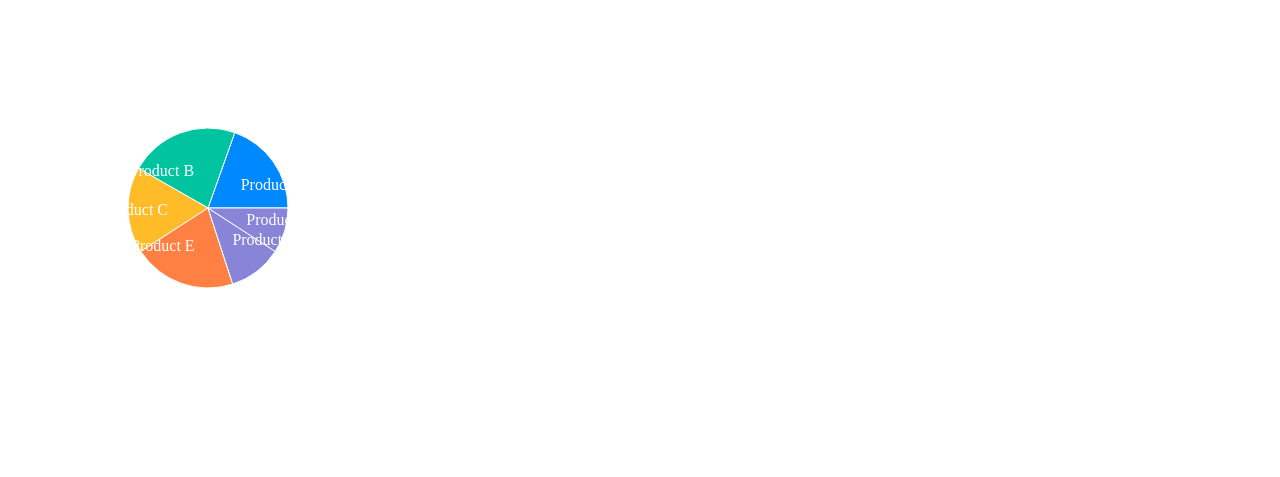
Repository: sagarjain738/test
Page: /
The author's editor kept a copy of each file at every save. The page is drawn from the files as they stood at one save, then again after the next save.
The browser window is 1280 px wide. The pictures show the whole page.
The project was rebuilt for these pictures with package versions that can differ from the ones it lists, and the page was loaded fresh each time. Also part of the build but not shown: vite.config.js, src/App.css, src/components/FirstChart.jsx, src/components/SecondData.jsx, src/index.css.

Above is the page before, as saved 2024-01-20 19:34:37.

After the next save:
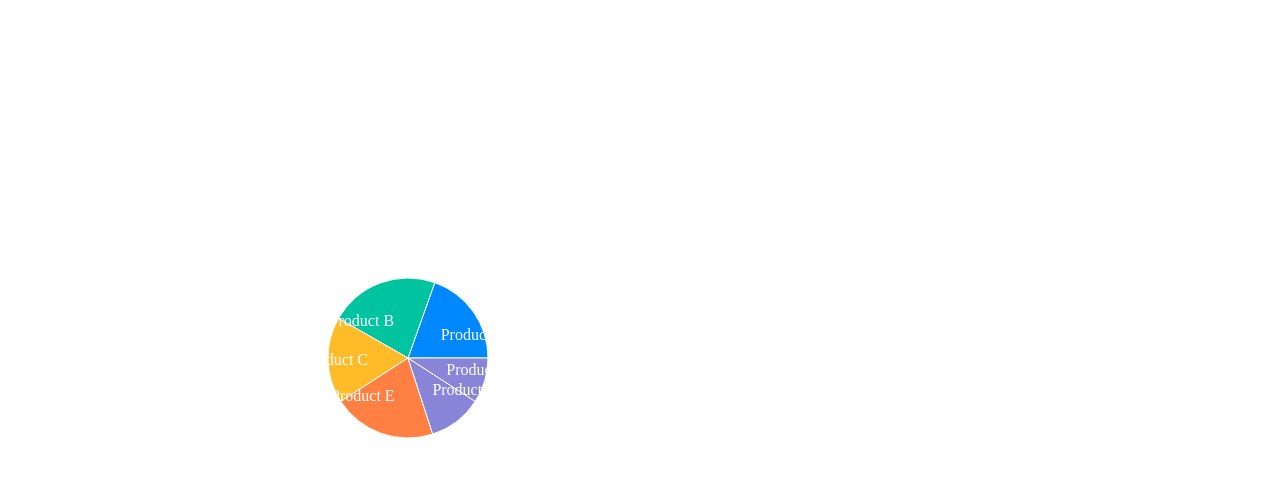
Saved 16 s later.
--- a/src/components/PieChart.jsx
+++ b/src/components/PieChart.jsx
@@ -41,7 +41,7 @@ const renderCustomizedLabel = ({
 
 export default function TotalPieChart({ records }) {
   return (
-    <PieChart width={400} height={400}>
+    <PieChart width={800} height={700}>
       <Pie
         data={records}
         cx="50%"
